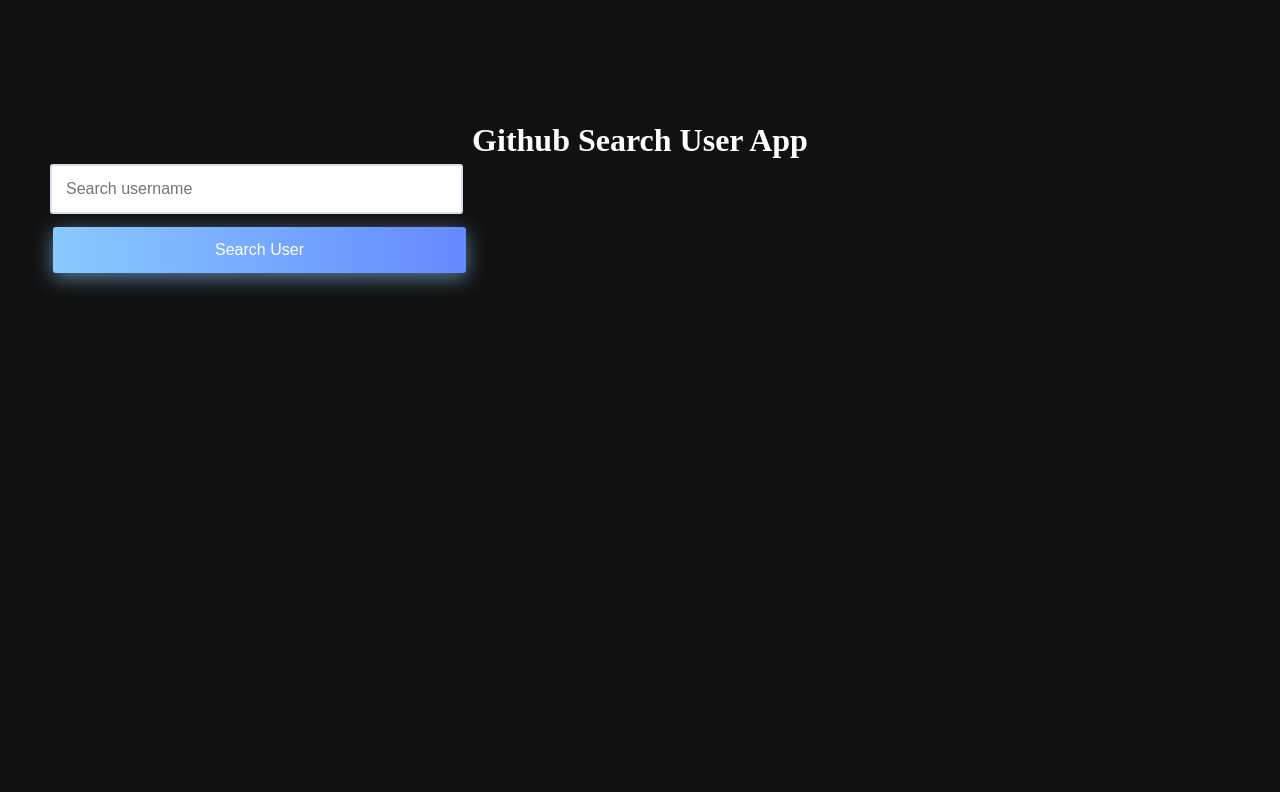
Repository: solox-cyber/Github-search-user
Page: index.html
An editor plug-in stored every save of this project. The page is shown before and after the next save, followed by the edit.
The browser window is 1280 px wide. The pictures show the whole page.

Above is the page before, as saved 2023-03-25 18:33:13.

### index.html
<!DOCTYPE html>
<html lang="en">

<head>
    <meta charset="UTF-8">
    <meta http-equiv="X-UA-Compatible" content="IE=edge">
    <meta name="viewport" content="width=device-width, initial-scale=1.0">
    <title>Github Search User Using Github API</title>
    <link rel="stylesheet" href="style.css">
</head>

<body>
    <div class="container">
        <h1>
            Github Search User App
        </h1>
        <form id="myForm" autocomplete="off">
            <div class="form-group">
                <input type="text" name="" class="form-control" placeholder="Search username" id="search" required>
            </div>
            <div class="form-group">
                <button class="btn btn-danger btn-block">
                    Search User
                </button>
            </div>
        </form>

    <div id="result"></div>
    </div>


        <script src="script.js"></script>
</body>

</html>

### style.css
*{
    margin: 0;
    padding: 0;
    box-sizing: border-box;
}

body{
    background-color: #111;
    color: #fff;
}
.container{
    position: absolute;
    display: block;
    height: 100vh;
    width: 100%;
    top:10%;
    padding:50px 50px;
}

.container h1{
    text-align: center;
}

.container form{
    width: 50%;
}

form .form-group{
    align-items:center;
}

input,
    button {
      width: 70%;
      border: none;
      padding: 14px;
      border-radius: 3px;
      margin: 3px;
    }

    input {
        border: 2px solid #DADDEC;
        margin: 5px 0 10px;
        font-size: 1rem;
        color: #656880;
      }

      button {
        background-image: linear-gradient(to right, #89CAFF, #6589FF);
        display: block;
        color: #fff;
        font-size: 1rem;
        cursor: pointer;
        box-shadow: 0 5px 20px #89caff94;
        transition: box-shadow .3s ease-in-out;
      }

      button:hover {
        box-shadow: none;
      }

### script.js
var form = document.getElementById("myForm");

form.addEventListener('submit', function(e){
e.preventDefault();

var search = document.getElementById("search").value;

var originalName = search.split(' ').join(' ');

document.getElementById("result").innerHTML = "";
fetch("https://api.github.com/users/"+originalName)
.then(result=>result.json())
.then(data => {
    console.log(data);
    document.getElementById('result').innerHTML =`
   <a target="_blank" href="https://www.github.com/${originalName}"> <img src="${data.avatar_url}"/></a>
    `
})



})

After the next save:
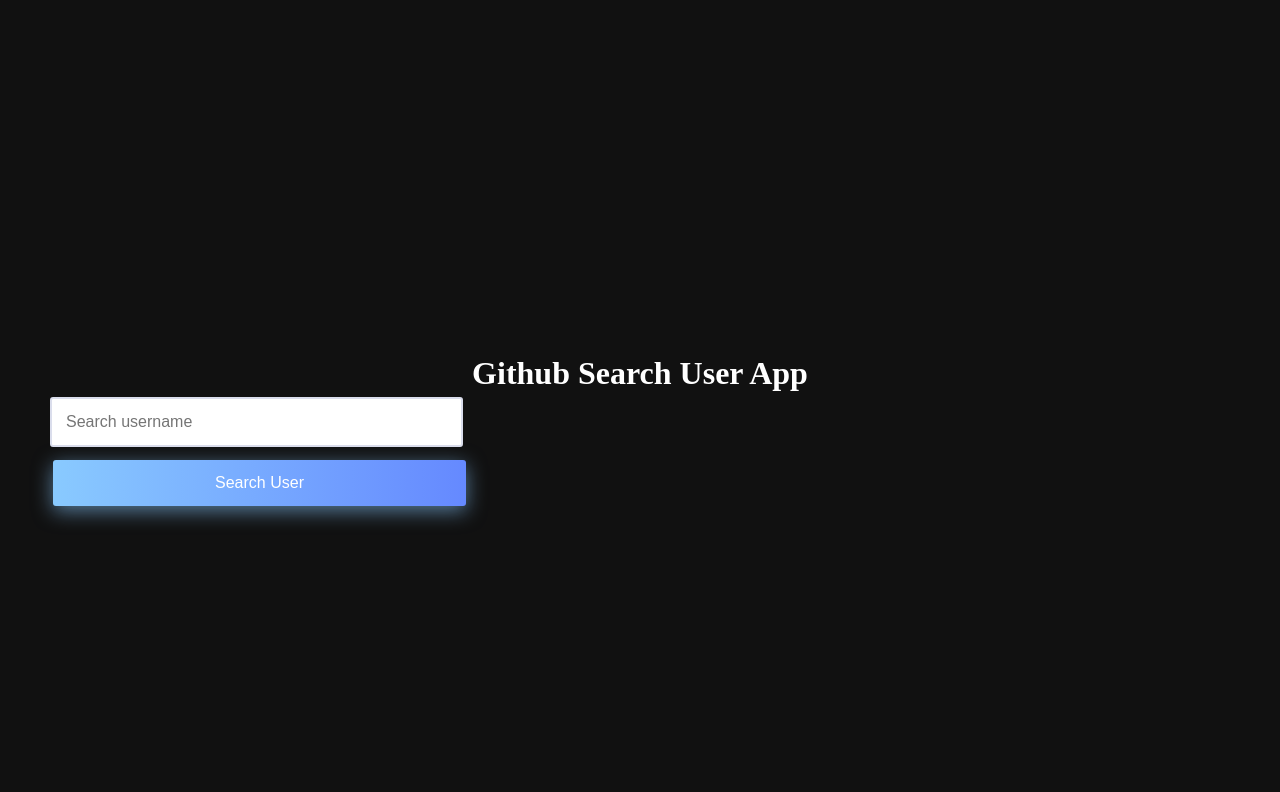
Saved 4 s later.
--- a/style.css
+++ b/style.css
@@ -15,6 +15,8 @@
     width: 100%;
     top:10%;
     padding:50px 50px;
+    justify-content: center;
+    align-content: center;
 }
 
 .container h1{
